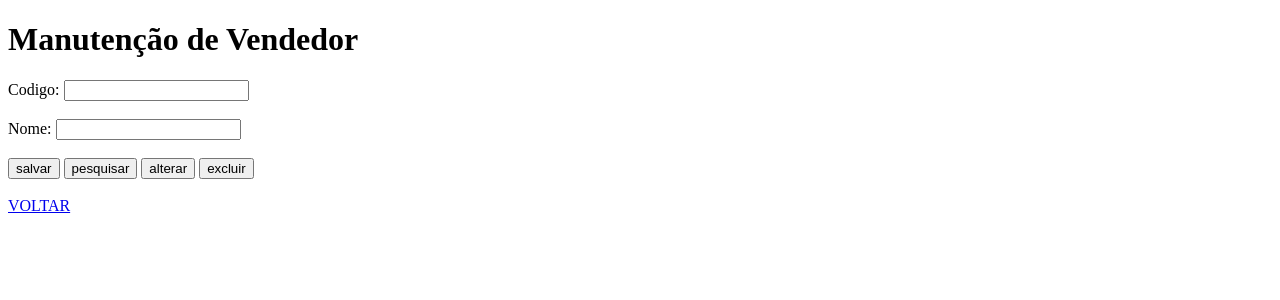
Repository: gabriellacrystina/workspaceWeb
Page: http://localhost/PrjVendas/ManutencaoVendedor.jsp
These files come from the project's save history. The page is drawn as it stood at one moment and after the next save; the edit follows.
The browser window is 1280 px wide. The pictures show the whole page.
The page is served by Tomcat 9.

Above is the page before, as saved 2015-09-15 00:14:22.

After the next save:
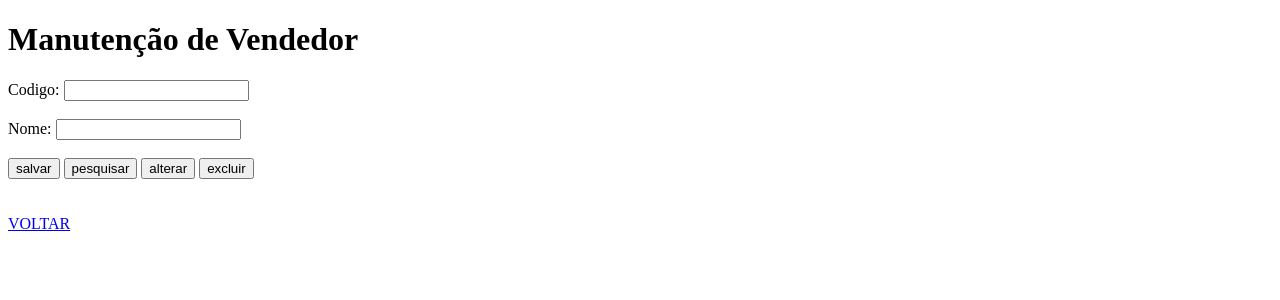
Saved 40 s later.
--- a/PrjVendas/WebContent/ManutencaoVendedor.jsp
+++ b/PrjVendas/WebContent/ManutencaoVendedor.jsp
@@ -17,8 +17,8 @@
 			<input type="submit" name="btnSubmit" value="alterar">
 			<input type="submit" name="btnSubmit" value="excluir">
 
+		</form>
 
-			<br><br><a href="Menu.jsp">VOLTAR</a><br>
-		</form>
+		<br><br><a href="Menu.jsp">VOLTAR</a><br>
 	</body>
 </html>
